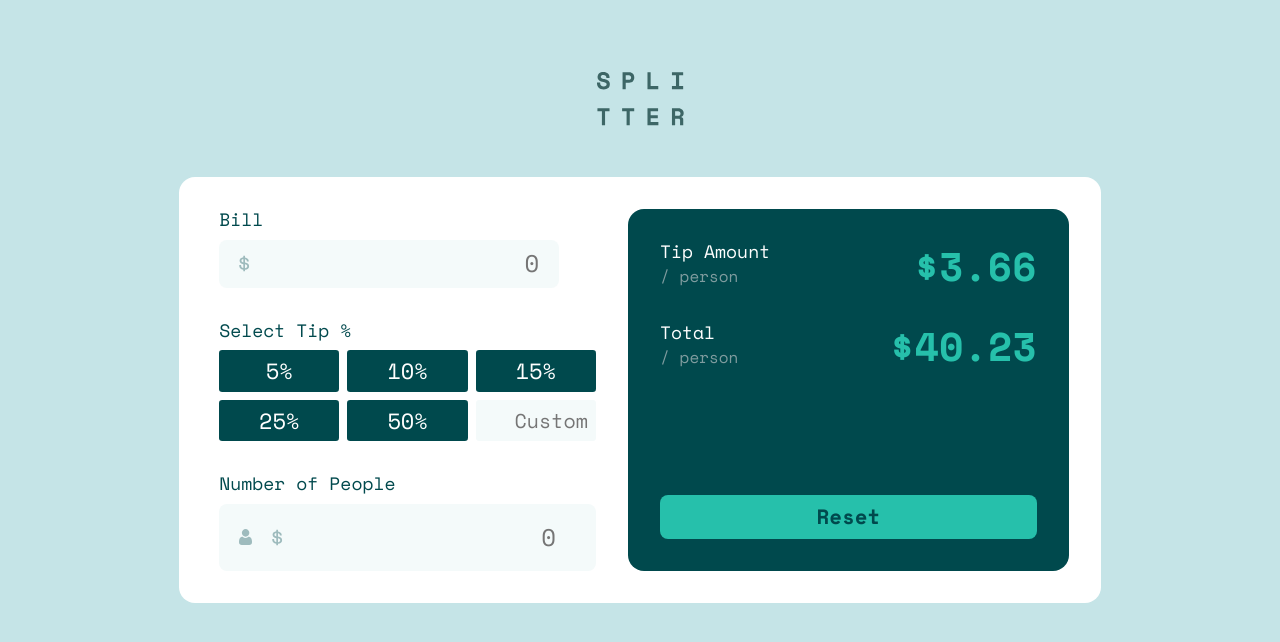
Repository: Jay-JYKim91/FM_tip-calculator
Page: index.html
These files come from the project's save history. The page is drawn as it stood at one moment and after the next save; the edit follows.
The browser window is 1280 px wide. The pictures show the whole page.

Above is the page before, as saved 2021-12-23 12:54:52.

### index.html
<!DOCTYPE html>
<html lang="en">
<head>
  <meta charset="UTF-8">
  <meta name="viewport" content="width=device-width, initial-scale=1.0"> <!-- displays site properly based on user's device -->

  <link rel="icon" type="image/png" sizes="32x32" href="./images/favicon-32x32.png">

  <title>Tip calculator</title>
  <link rel="preconnect" href="https://fonts.googleapis.com">
  <link rel="preconnect" href="https://fonts.gstatic.com" crossorigin>
  <link href="https://fonts.googleapis.com/css2?family=Space+Mono:wght@400;700&display=swap" rel="stylesheet">
  <link rel="stylesheet" href="https://cdnjs.cloudflare.com/ajax/libs/normalize/8.0.1/normalize.min.css" integrity="sha512-NhSC1YmyruXifcj/KFRWoC561YpHpc5Jtzgvbuzx5VozKpWvQ+4nXhPdFgmx8xqexRcpAglTj9sIBWINXa8x5w==" crossorigin="anonymous" referrerpolicy="no-referrer" />
  <link rel="stylesheet" href="style.css">
  <script src="main.js" defer></script>

</head>
<body>
  <main class="container">
    <header>
      <img src="./images/logo.svg" alt="logo">
    </header>
    <section class="calculator_wrapper">
      <article class="input_wrapper">
        <div>
          <p class="title">Bill</p>
          <!-- <div class="input_form"> -->
            <!-- <img src="./images/icon-dollar.svg" alt="dollar"> -->
            <input type="tel" placeholder="0" id="billInput">
          <!-- </div> -->
        </div>
        <div>
          <p class="title">Select Tip %</p>
          <div class="tip_options">
            <button class="tip_option">5%</button>
            <button class="tip_option">10%</button>
            <button class="tip_option">15%</button>
            <button class="tip_option">25%</button>
            <button class="tip_option">50%</button>
            <input type="tel" id="custom_tip" class="tip_option" placeholder="Custom" autocomplete="off">
          </div>
        </div>
        <div>
          <p class="title">Number of People</p>
          <div class="input_form">
            <img src="./images/icon-person.svg" alt="person">
            <input type="tel" placeholder="0" id="peopleInput">
          </div>
        </div>
      </article>
      <article class="result_wrapper">
        <div class="result_rows">
          <div class="result_row">
            <div class="result_title_wrapper">
              <p class="title">Tip Amount</p>
              <p class="subtitle">/ person</p>
            </div>
            <p id="tipAmountPrice" class="display_result">$3.66</p>
          </div>
          <div class="result_row">
            <div class="result_title_wrapper">
              <p class="title">Total</p>
              <p class="subtitle">/ person</p>
            </div>
            <p id="totalPrice" class="display_result">$40.23</p>
          </div>
        </div>
        <div>
          <button id="resetBtn">Reset</button>
        </div>
      </article>
    </section>
  </main>
</body>
</html>

### style.css
:root {
  --body-font: "Space Mono", monospace;

  --strong-cyan: hsl(172, 67%, 45%);
  --very-dark-cyan: hsl(183, 100%, 15%);
  --dark-grayish-cyan1: hsl(186, 14%, 43%);
  --dark-grayish-cyan2: hsl(184, 14%, 56%);
  --light-grayish-cyan1: hsl(185, 41%, 84%);
  --light-grayish-cyan2: hsl(189, 41%, 97%);
  --white: hsl(0, 0%, 100%);
}
body {
  background-color: var(--light-grayish-cyan1);
  font-family: var(--body-font);
}
.container {
  margin: 10vh 14vw;
}
header {
  text-align: center;
  margin: 3rem;
}
.calculator_wrapper {
  background-color: var(--white);
  display: flex;
  justify-content: space-between;
  padding: 2rem;
  border-radius: 1rem;
}
.input_wrapper {
  flex-basis: 50%;
  padding: 0 2em 0 0.5em;
}
.input_wrapper div {
  margin-bottom: 2rem;
}
.input_wrapper div:last-child {
  margin-bottom: 0;
}
.tip_options {
  display: grid;
  grid-template-columns: repeat(3, 1fr);
  grid-gap: 0.5em;
}
.tip_option {
  border: 2px solid transparent;
  background-color: var(--very-dark-cyan);
  color: var(--white);
  font-family: var(--body-font);
  padding: 6px;
  font-size: 22px;
  border-radius: 0.2rem;
  cursor: pointer;
  transition: all 0.1s ease-in-out;
}
.tip_option:hover {
  background-color: var(--light-grayish-cyan1);
  color: var(--very-dark-cyan);
}
.tip_option:focus {
  background-color: var(--strong-cyan);
  color: var(--very-dark-cyan);
}
#custom_tip {
  width: 100%;
  background-color: var(--light-grayish-cyan2);
  box-sizing: border-box;
  text-align: right;
  font-size: 20px;
  color: var(--strong-cyan);
  caret-color: var(--strong-cyan);
}
#custom_tip:focus {
  outline: none;
  border: var(--strong-cyan) 2px solid;
}
.title {
  margin: 0 0 10px 0;
  color: var(--very-dark-cyan);
  font-size: 18px;
}
#billInput,
#peopleInput {
  background-image: url("./images/icon-dollar.svg");
  background-position: 20px 15px;
  background-repeat: no-repeat;
  text-align: right;
  font-size: 24px;
  border: none;
  background-color: var(--light-grayish-cyan2);
  text-align: right;
  color: var(--very-dark-cyan);
  caret-color: var(--strong-cyan);
  padding: 10px 20px;
  border-radius: 0.5rem;
}
.input_form {
  display: flex;
  align-items: center;
  justify-content: space-between;
  background-color: var(--light-grayish-cyan2);
  padding: 10px 20px;
  border-radius: 0.5rem;
}
.input_form input {
  width: 90%;
  font-size: 24px;
  border: none;
  background-color: var(--light-grayish-cyan2);
  text-align: right;
  color: var(--very-dark-cyan);
  caret-color: var(--strong-cyan);
}
.input_form input:focus {
  outline: none;
}
/* #test:focus .input_form {
  border: 2px solid var(--strong-cyan);
} */
.result_wrapper {
  background-color: var(--very-dark-cyan);
  flex-basis: 50%;
  border-radius: 1rem;
  padding: 2em;
  display: flex;
  flex-direction: column;
  justify-content: space-between;
}
.result_title_wrapper {
  flex-basis: 40%;
}
.result_title_wrapper p {
  margin: 0 0 0.3rem 0;
}
.result_wrapper .title {
  color: var(--white);
  /* margin: 0 0 10px 0; */
}
.subtitle {
  color: var(--dark-grayish-cyan2);
}
.result_row {
  display: flex;
  align-items: center;
  justify-content: space-between;
  margin-bottom: 2rem;
}
.display_result {
  flex-basis: 60%;
  text-align: right;
  color: var(--strong-cyan);
  font-weight: 600;
  font-size: 2.5rem;
  margin: 0;
}
#resetBtn {
  border: none;
  background-color: var(--strong-cyan);
  color: var(--very-dark-cyan);
  width: 100%;
  padding: 10px;
  font-weight: 600;
  font-size: 1.3rem;
  border-radius: 0.5rem;
  cursor: pointer;
  transition: all ease-in-out 0.1s;
}
#resetBtn:hover {
  background-color: var(--light-grayish-cyan1);
}
/* Tablet size */
@media (min-width: 768px) and (max-width: 1023px) {
}

/* Mobile size */
@media (max-width: 767px) {
}

Loaded but not shown: main.js (empty)

After the next save:
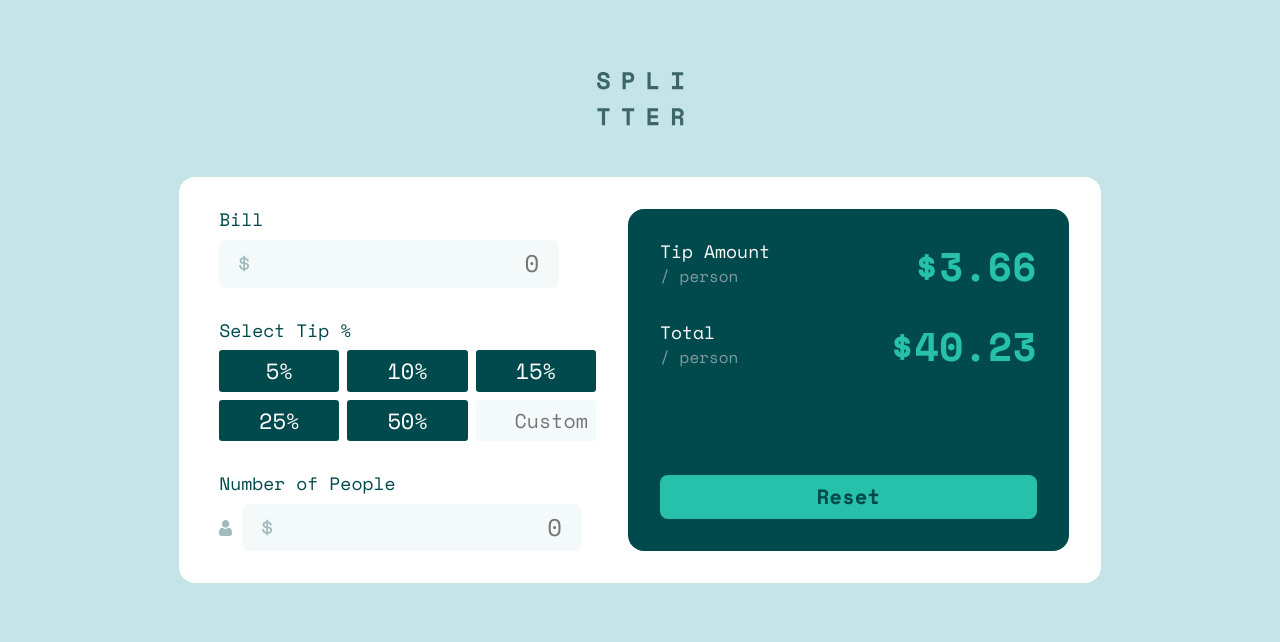
Saved 11 s later.
--- a/style.css
+++ b/style.css
@@ -94,7 +94,7 @@ header {
   padding: 10px 20px;
   border-radius: 0.5rem;
 }
-.input_form {
+/* .input_form {
   display: flex;
   align-items: center;
   justify-content: space-between;
@@ -113,7 +113,7 @@ header {
 }
 .input_form input:focus {
   outline: none;
-}
+} */
 /* #test:focus .input_form {
   border: 2px solid var(--strong-cyan);
 } */
